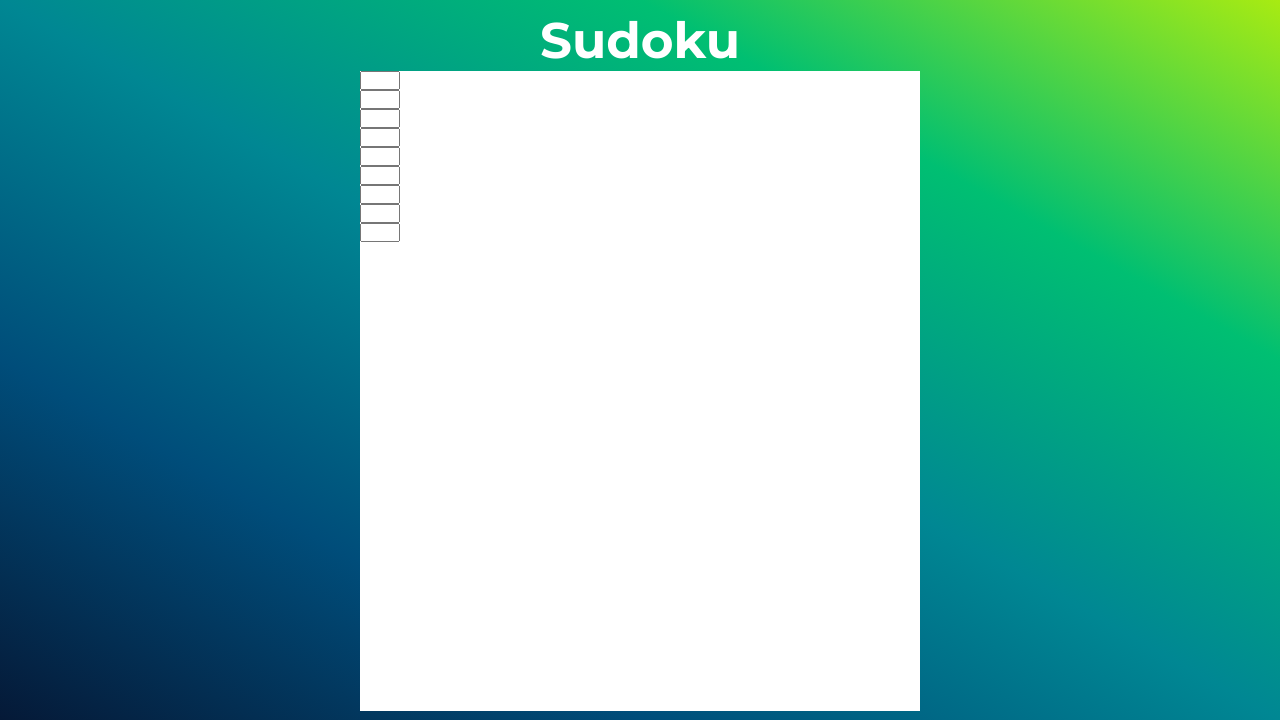
Repository: pattypetrikova/sudoku
Page: index.html
An editor plug-in stored every save of this project. The page is shown before and after the next save, followed by the edit.
The browser window is 1280 px wide. The pictures show the whole page.
Some web fonts or font styles are not loaded; a fallback is used.

Above is the page before, as saved 2022-12-30 10:28:08.

### index.html
<!DOCTYPE html>
<html lang="en">
<head>
    <meta charset="UTF-8">
    <meta http-equiv="X-UA-Compatible" content="IE=edge">
    <meta name="viewport" content="width=device-width, initial-scale=1.0">
    <link rel="stylesheet" href="./assets/style.css">
    <link rel="preconnect" href="https://fonts.googleapis.com">
    <link rel="preconnect" href="https://fonts.gstatic.com" crossorigin>
    <link href="https://fonts.googleapis.com/css2?family=Erica+One&family=Montserrat:ital,wght@0,700;1,400&display=swap" rel="stylesheet">
    <title>Sudoku</title>
</head>
<body>
    <main class="background">
        <h1 class="title">Sudoku</h1>
        <div class="game">
            <div class="head">
                <div class="buttons"></div>
            </div>
            <div class="gameboard">
                <form class="board-section" action="">
                    <input class="number" type="text">
                    <input class="number" type="text">
                    <input class="number" type="text">
                    <input class="number" type="text">
                    <input class="number" type="text">
                    <input class="number" type="text">
                    <input class="number" type="text">
                    <input class="number" type="text">
                    <input class="number" type="text">
                </form>
            </div>
            <div class="footer">
                <div class="footer-buttons">

                </div>
            </div>
        </div>
    </main>
</body>
</html>

### assets/style.css
/* simple reset */
* {
    margin: 0;
    padding: 0;
    box-sizing: border-box;
}

/* general styles */
.background {
    font-family: 'Montserrat', sans-serif;
    color: white;
}

/* project styles */

.background {
    background-image: linear-gradient(to right top, #051937, #004d7a, #008793, #00bf72, #a8eb12);
    height: 100vh;
    display: flex;
    align-items: center;
    justify-content: center;
    flex-direction: column;
}


.game {
    background-color: white;
    min-width: 35em;
    min-height: 40em;
}

.title {
    font-size: 50px;
    color: white;
}

.gameboard {
    display: grid;

}

.board-section {
    display: grid;
}

.number {
    width: 3em;
}

After the next save:
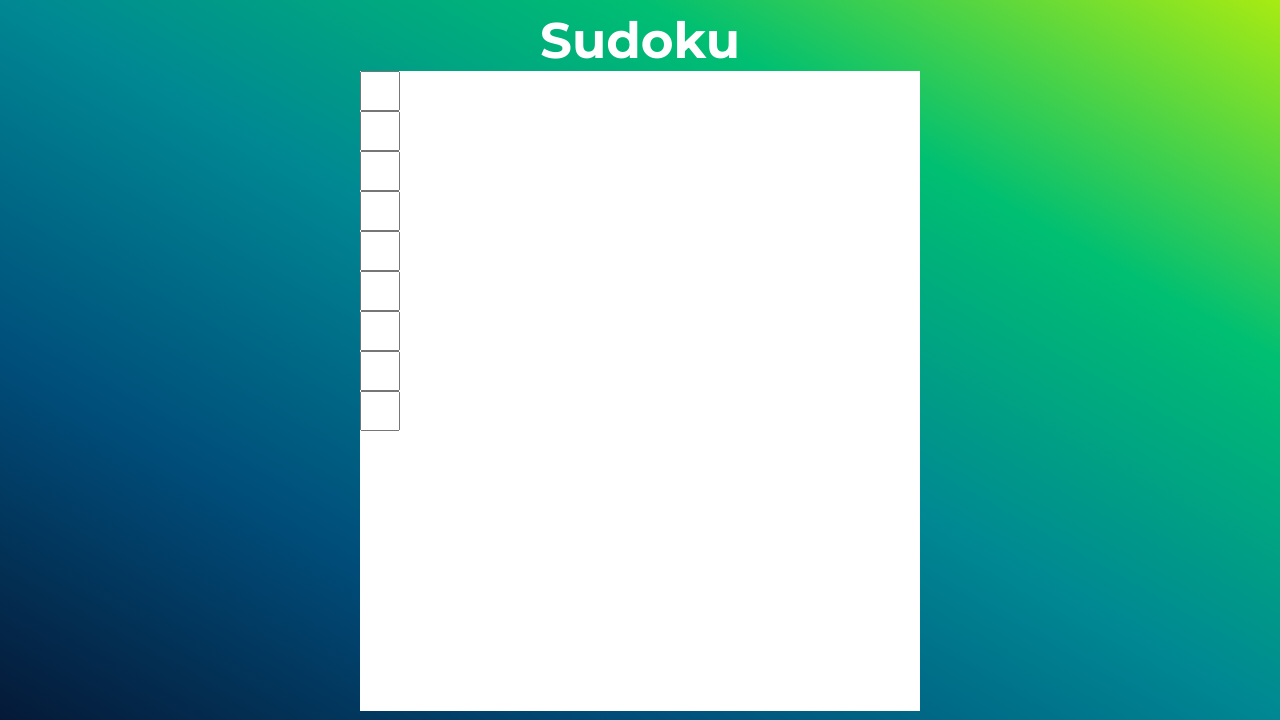
Saved 9 s later.
--- a/assets/style.css
+++ b/assets/style.css
@@ -45,4 +45,5 @@
 
 .number {
     width: 3em;
+    height: 3em;
 }
